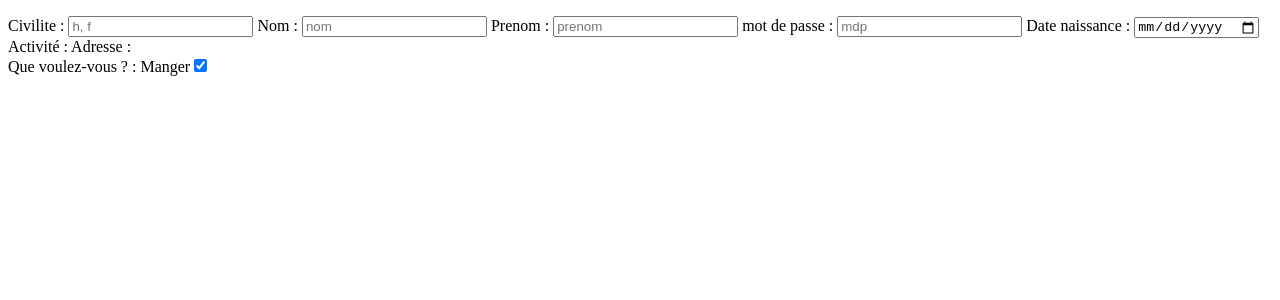
Repository: Douzal/AFCEPF_Architecte_Logiciel
Page: Workspace_Alexis/PremierWebv2/src/main/webapp/Form.html
These files come from the project's save history. The page is drawn as it stood at one moment and after the next save; the edit follows.
The browser window is 1280 px wide. The pictures show the whole page.

Above is the page before, as saved 2018-03-14 13:50:20.

After the next save:
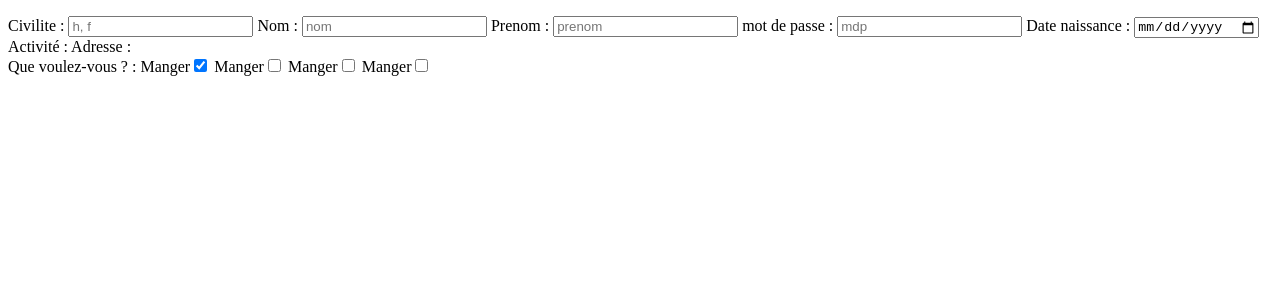
Saved 38 s later.
--- a/Workspace_Alexis/PremierWebv2/src/main/webapp/Form.html
+++ b/Workspace_Alexis/PremierWebv2/src/main/webapp/Form.html
@@ -19,6 +19,9 @@
 
 	<label>Que voulez-vous ? :
 	<label for="manger">Manger</label></label><input type="checkbox" name="queFaire" checked="checked"/>
+	<label for="boire">Manger</label></label><input type="checkbox" name="boire"/>
+	<label for="manger">Manger</label></label><input type="checkbox" name="queFaire" />
+	<label for="manger">Manger</label></label><input type="checkbox" name="queFaire" />
 
 	</p>
 </form>
